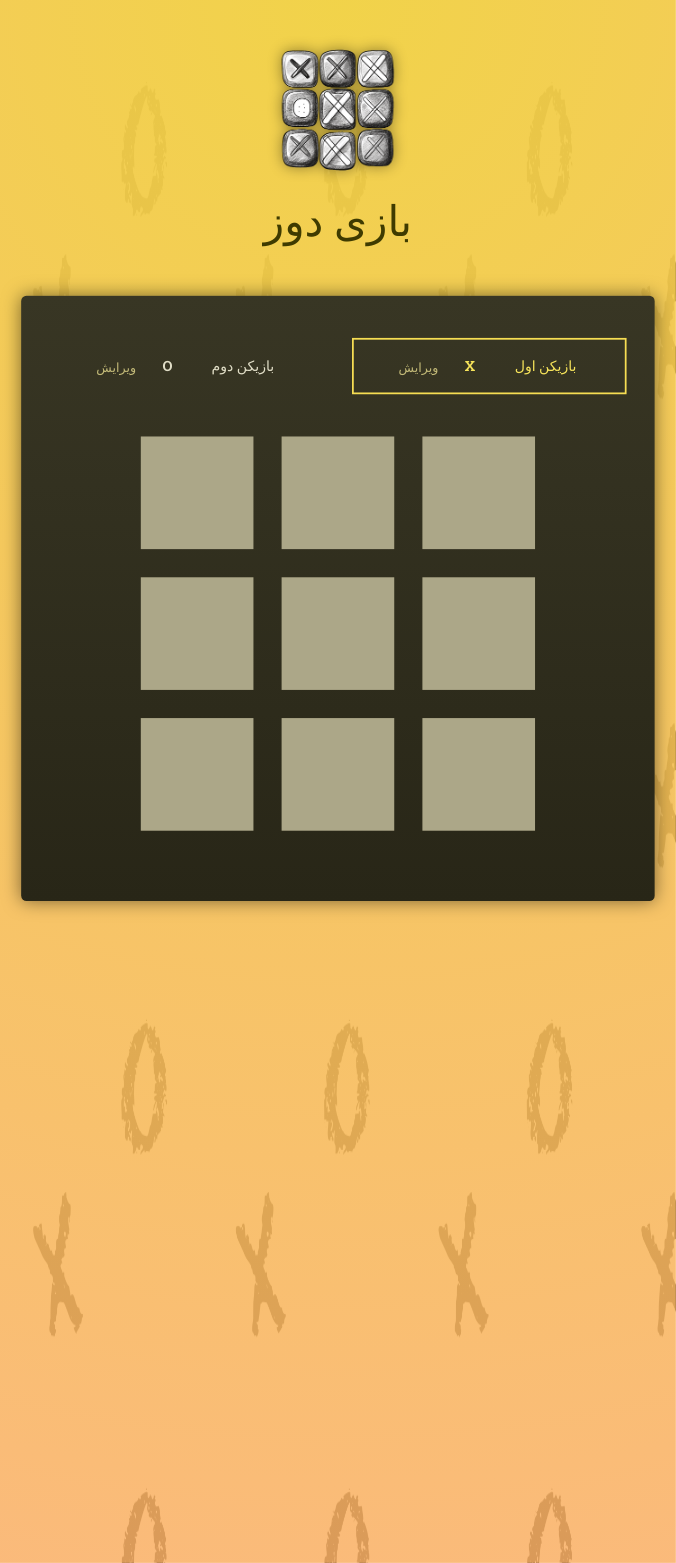
Repository: H-ala/react-tic-toc-toe
Page: /
The author's editor kept a copy of each file at every save. The page is drawn from the files as they stood at one save, then again after the next save.
The browser window is 768 px wide. The pictures show the whole page, at 88% of full size.
Some web fonts or font styles are not loaded; a fallback is used. The project was rebuilt for these pictures with package versions that can differ from the ones it lists, and the page was loaded fresh each time. Also part of the build but not shown: vite.config.js, src/components/GameOver.jsx.

Above is the page before, as saved 2025-10-21 18:08:01.

After the next save:
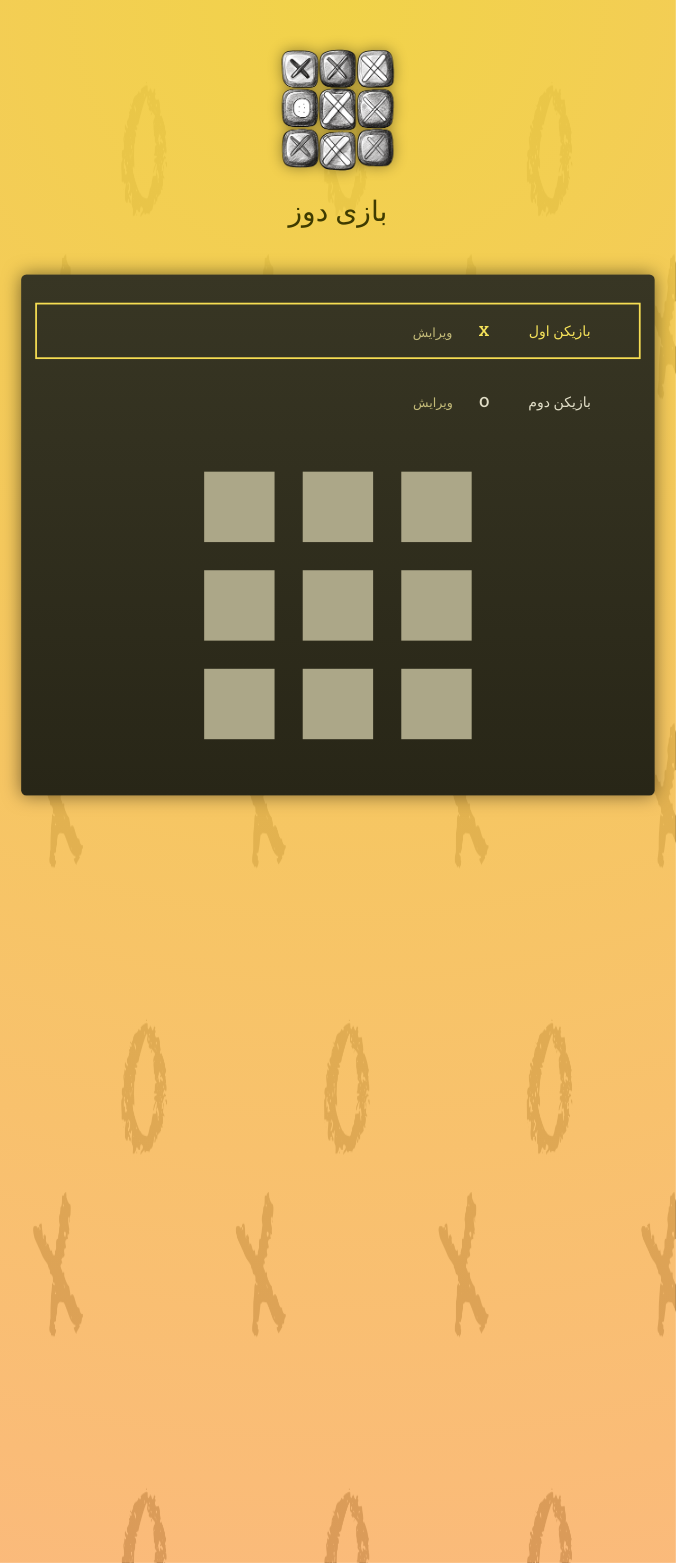
Saved 65 s later.
--- a/src/index.css
+++ b/src/index.css
@@ -350,3 +350,41 @@ ol {
     transform: scale(1);
   }
 }
+
+@media (max-width: 768px) {
+  h1 {
+    font-size: 2rem;
+  }
+
+  #game-container {
+    padding: 1rem;
+    margin: 1rem;
+  }
+
+  #players {
+    flex-direction: column;
+    gap: 1rem;
+  }
+
+  #players li {
+    width: 100%;
+  }
+
+  #game-board button {
+    width: 5rem;
+    height: 5rem;
+    font-size: 2.5rem;
+  }
+
+  #pre-game button {
+    font-size: 2.5rem;
+  }
+
+  #game-over h2 {
+    font-size: 2.5rem;
+  }
+
+  #game-over p {
+    font-size: 1.2rem;
+  }
+}
